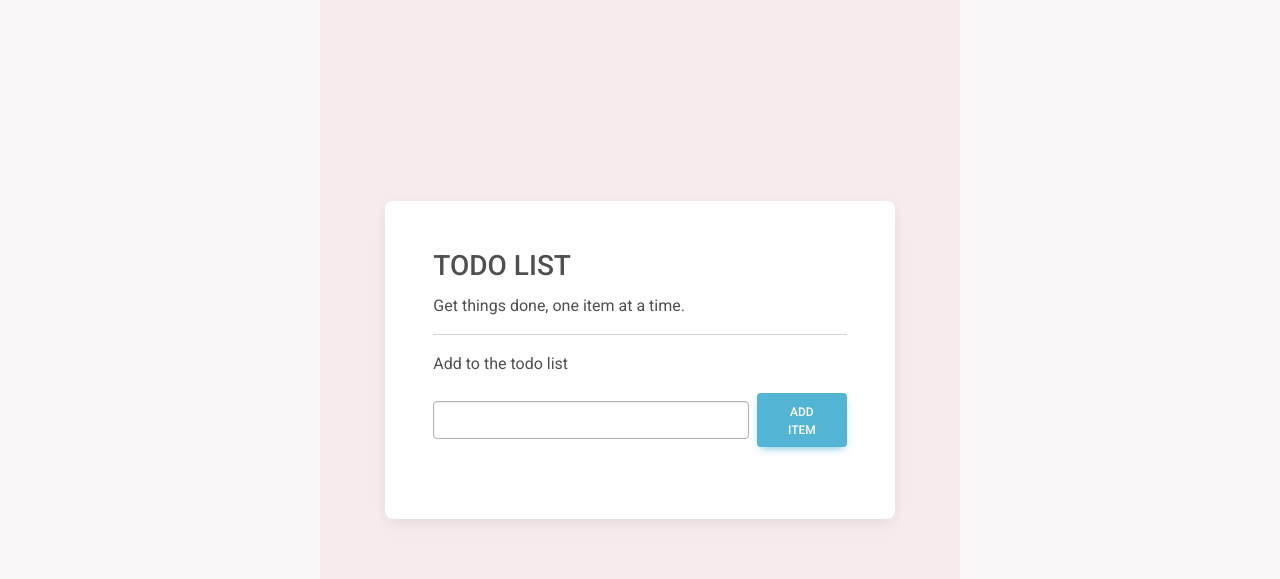
Repository: TinhTT336/MD02_HACKATHON01_HN_JV230620_BS_TranThiTinh_Basic
Page: /
An editor plug-in stored every save of this project. The page is shown before and after the next save, followed by the edit.
The browser window is 1280 px wide. The pictures show the whole page.
Some web libraries are served in a nearby version. The project was rebuilt for these pictures with package versions that can differ from the ones it lists, and the page was loaded fresh each time. Also part of the build but not shown: vite.config.js, src/App.css.

Above is the page before, as saved 2023-09-05 11:09:47.

### index.html
<!DOCTYPE html>
<html lang="en">
  <head>
    <meta charset="UTF-8" />
    <link rel="icon" type="image/svg+xml" href="/vite.svg" />
    <meta name="viewport" content="width=device-width, initial-scale=1.0" />
    <title>Vite + React</title>
    <link
      href="https://cdnjs.cloudflare.com/ajax/libs/font-awesome/6.0.0/css/all.min.css"
      rel="stylesheet"
    />
    <link
      href="https://fonts.googleapis.com/css?family=Roboto:300,400,500,700&display=swap"
      rel="stylesheet"
    />
    <link
      href="https://cdnjs.cloudflare.com/ajax/libs/mdb-ui-kit/6.2.0/mdb.min.css"
      rel="stylesheet"
    />
  </head>
  <body>
    <div id="root"></div>
    <script type="module" src="/src/main.jsx"></script>
  </body>
</html>

### src/App.jsx
import { useState } from 'react'
import './App.css'
import TodoList from './TodoList/todoList'

function App() {
  const [count, setCount] = useState(0)

  return (
    <>
      <TodoList />
    </>
  )
}

export default App

### src/index.css
/* :root {
  font-family: Inter, system-ui, Avenir, Helvetica, Arial, sans-serif;
  line-height: 1.5;
  font-weight: 400;

  color-scheme: light dark;
  color: rgba(255, 255, 255, 0.87);
  background-color: #242424;

  font-synthesis: none;
  text-rendering: optimizeLegibility;
  -webkit-font-smoothing: antialiased;
  -moz-osx-font-smoothing: grayscale;
  -webkit-text-size-adjust: 100%;
}

a {
  font-weight: 500;
  color: #646cff;
  text-decoration: inherit;
}
a:hover {
  color: #535bf2;
}

body {
  margin: 0;
  display: flex;
  place-items: center;
  min-width: 320px;
  min-height: 100vh;
}

h1 {
  font-size: 3.2em;
  line-height: 1.1;
}

button {
  border-radius: 8px;
  border: 1px solid transparent;
  padding: 0.6em 1.2em;
  font-size: 1em;
  font-weight: 500;
  font-family: inherit;
  background-color: #1a1a1a;
  cursor: pointer;
  transition: border-color 0.25s;
}
button:hover {
  border-color: #646cff;
}
button:focus,
button:focus-visible {
  outline: 4px auto -webkit-focus-ring-color;
}

@media (prefers-color-scheme: light) {
  :root {
    color: #213547;
    background-color: #ffffff;
  }
  a:hover {
    color: #747bff;
  }
  button {
    background-color: #f9f9f9;
  }
} */
body {
  background-color: #faf7f8 !important;
}
.vh-100 {
  width: 50% !important;
  margin: 0 auto !important;
  background-color: #f7ebed !important;
}

### src/TodoList/todoList.jsx
import React, { useRef, useState } from 'react'

export default function TodoList() {
    const [input, setInput] = useState("");
    const [todos, setTodos] = useState(() => {
        const list = JSON.parse(localStorage.getItem("todos")) || [];
        return list;
    });
    const inputRef = useRef();
    const [idEdit, setIdEdit] = useState(null);
    // ham them submit
    const handleSubmit = (e) => {
        e.preventDefault();
        if (input !== "") {
            const newTodo = {
                id: Date.now(),
                title: input,
                status: false,
            }
            const newList = [...todos, newTodo];
            setTodos(newList);
            localStorage.setItem("todos", JSON.stringify(newList));
            setInput("");
            inputRef.current.focus();
        }
        if (idEdit !== -1) {
            const newList = todos.map(t => t.id === idEdit ? (t = { ...t, title: input }) : (t = { ...t }));
            setTodos(newList);
            localStorage.setItem("todos", JSON.stringify(newList));
            inputRef.current.focus();
        }
    }
    // ham xoa
    const handleDelete = (id) => {
        const newList = todos.filter(t => t.id !== id);
        setTodos(newList);
        localStorage.setItem("todos", JSON.stringify(newList));
        inputRef.current.focus();
    }
    // ham sua
    const handleEdit = (id) => {
        const todoEdit = todos.find(t => t.id === id);
        setInput(todoEdit.title);
        setIdEdit(id);
        inputRef.current.focus();
    }
    // ham check
    const handleCheck = (id) => {
        const newList = todos.map(t => t.id === id ? (t = { ...t, status: !t.status }) : (t = { ...t }));
        setTodos(newList);
        localStorage.setItem("todos", JSON.stringify(newList));
        inputRef.current.focus();
    }
    return (
        <div>
            <section className="vh-100 gradient-custom">
                <div className="container py-5 h-100">
                    <div
                        className="row d-flex justify-content-center align-items-center
              h-100"
                    >
                        <div className="col col-xl-10">
                            <div className="card">
                                <div className="card-body p-5">
                                    <h3 style={{ marginBottom: 10 }}>
                                        TODO LIST
                                    </h3>
                                    <p>Get things done, one item at a time.</p>
                                    <hr></hr>
                                    {/* Tabs content */}
                                    <div className="tab-content">
                                        <div className="tab-pane fade show active">
                                            <ul className="list-group mb-0">
                                                {todos.map(t => (
                                                    <li key={t.id}
                                                        className="list-group-item d-flex
                                          align-items-center border-0 mb-2
                                          rounded justify-content-between"
                                                        style={{ backgroundColor: "#f4f6f7" }}
                                                    >
                                                        {t.status === true ? (<s>{t.title}</s>) : (<span>{t.title}</span>)}
                                                        <div>
                                                            <input
                                                                className="form-check-input me-2"
                                                                type="checkbox" checked={t.status === true} onChange={() => handleCheck(t.id)}
                                                            />
                                                            <a className="text-info" title="Sửa công việc" onClick={() => handleEdit(t.id)}>
                                                                <i
                                                                    className="fas
                                                      fa-pencil-alt
                                                      me-3"
                                                                />
                                                            </a>
                                                            <a onClick={() => handleDelete(t.id)}
                                                                className="text-danger"
                                                                title="Xóa công việc"
                                                            >
                                                                <i
                                                                    className="fas
                                                      fa-trash-alt"
                                                                />
                                                            </a>
                                                        </div>
                                                    </li>
                                                ))}
                                            </ul>
                                            <div className="tab-content">
                                                <p>Add to the todo list</p>
                                                <form onSubmit={handleSubmit}
                                                    className="d-flex justify-content-center
                              align-items-center mb-4"
                                                >
                                                    <div className="form-outline flex-fill">
                                                        <input type="text" id="form2" className="form-control" style={{ border: "1px solid #afafaf" }} value={input} onChange={(e) => setInput(e.target.value)} ref={inputRef} />
                                                        {/* <label className="form-label" htmlFor="form2">
                                                            ADD ITEM
                                                        </label> */}
                                                    </div>
                                                    <button
                                                        type="submit"
                                                        className="btn btn-info
                                  ms-2"
                                                    >
                                                        ADD ITEM
                                                    </button>
                                                </form>
                                            </div>
                                        </div>
                                    </div>
                                    {/* Tabs content */}
                                </div>
                            </div>
                        </div>
                    </div>
                </div>
            </section >

        </div >
    )
}

Loaded but not shown: src/main.jsx (common file)

After the next save:
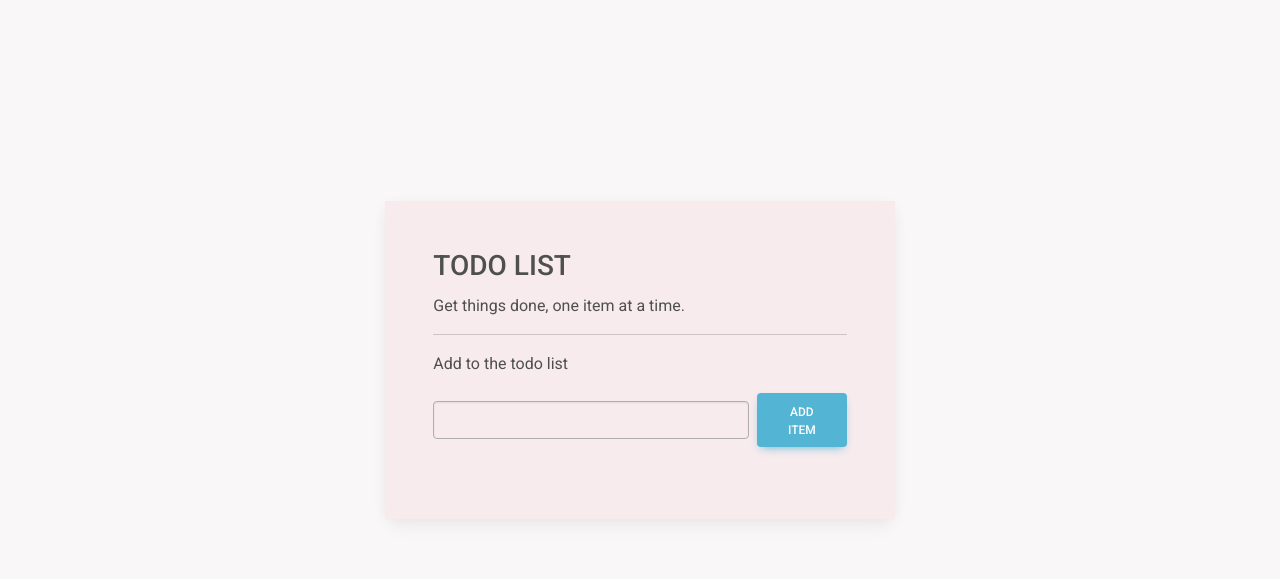
Saved 49 s later.
--- a/src/index.css
+++ b/src/index.css
@@ -73,5 +73,7 @@ body {
 .vh-100 {
   width: 50% !important;
   margin: 0 auto !important;
+}
+.card-body {
   background-color: #f7ebed !important;
 }
